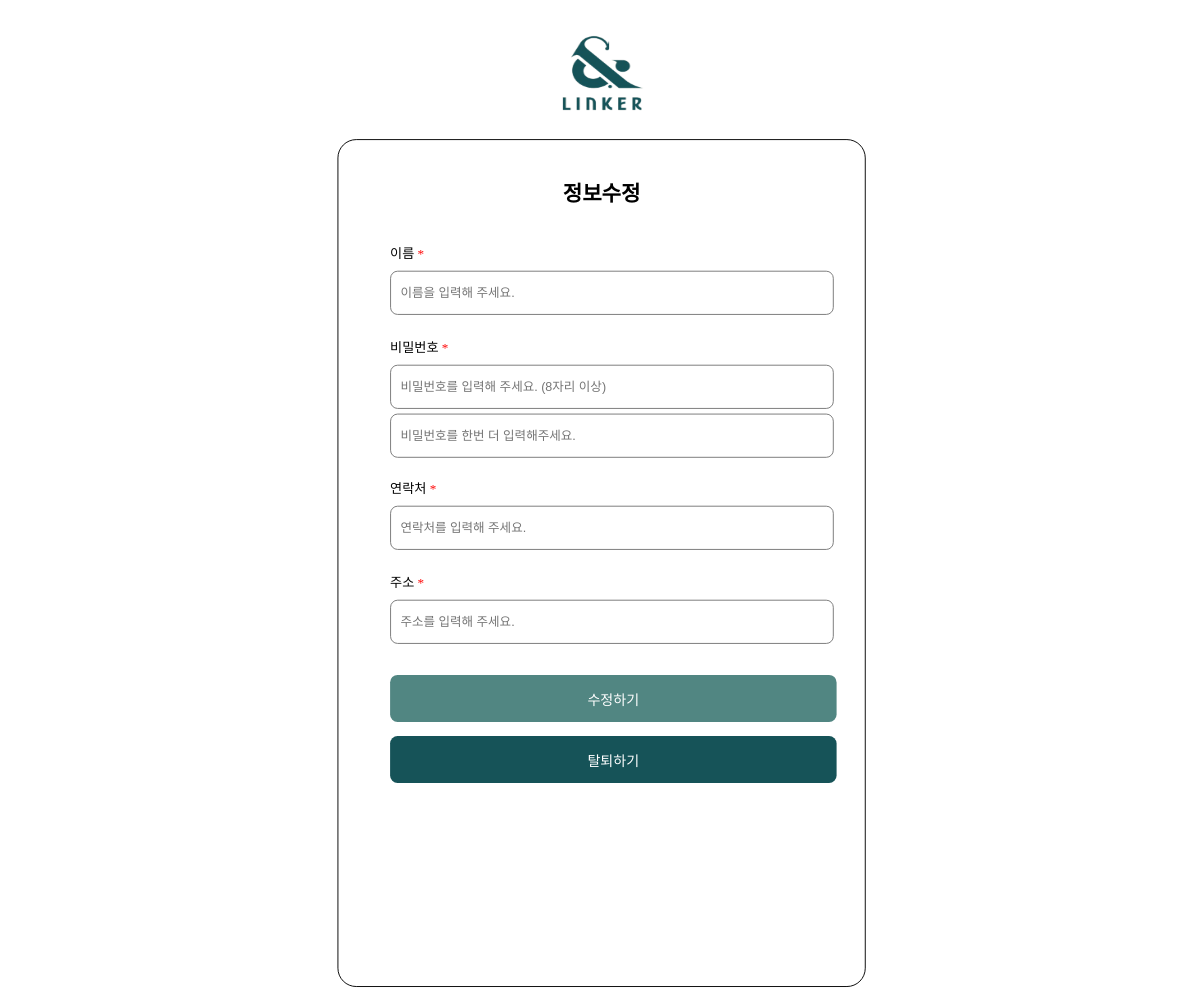
Repository: soomseting/let_me_go
Page: http://localhost/LINKER_re/jsp/main/user_update.jsp
An editor plug-in stored every save of this project. The page is shown before and after the next save, followed by the edit.
The browser window is 1280 px wide. The pictures show the whole page, at 94% of full size.
The pointer rests on the first visible `.su_con_for>.sui1`.
The page is served by Tomcat 9. Other server files are loaded and not shown.

Above is the page before, as saved 2025-03-24 02:08:46.
Console error: TypeError: Cannot set properties of null (setting 'onclick')

### LINKER_re/src/main/webapp/jsp/main/user_update.jsp
<%@ page language="java" contentType="text/html; charset=UTF-8"
    pageEncoding="UTF-8"%>
<!DOCTYPE html>
<html lang="en">

<head>
    <meta charset="UTF-8">
    <meta name="viewport" content="width=device-width, initial-scale=1.0">
    <title>Document</title>
    <link rel="stylesheet" href="../../css/sign_up.css">
    <script src="https://ajax.googleapis.com/ajax/libs/jquery/3.3.1/jquery.min.js"></script>
    <script src="../../js/jquery-3.7.1.js"></script>
    <script src="../../js/script.js"></script>
</head>

<body>
    <section>
        <div class="sign_up_logo">
            <img src="../../img/logo.png" alt="logo">
        </div>
        <div class="sign_up_content">
            <div class="su_title">
                <h1>정보수정</h1>
            </div>
            <form action="/LINKER/jsp/main/sign_up.jsp.users">
            <div class="su_con_wrap">
                <div class="su_con_box">
                    <div class="su_ct">이름<span> *</span></div>
                    <div class="su_input"><input type="text" name="user_name" placeholder="이름을 입력해 주세요."></div>
                </div>
                <div class="su_con_box">
                    <div class="su_ct">비밀번호<span> *</span></div>
                    <div class="su_input"><input type="password" name="password" placeholder="비밀번호를 입력해 주세요. (8자리 이상)"></div>
                    <div class="su_input"><input type="password" placeholder="비밀번호를 한번 더 입력해주세요."></div>
                </div>
                <div class="su_con_box su_con_one">
                    <div class="su_ct">연락처<span> *</span></div>
                    <div class="su_input"><input type="text" name="phone" placeholder="연락처를 입력해 주세요."></div>
                </div>
                <div class="su_con_box su_con_thr">
                    <div class="su_ct">주소<span> *</span></div>
                    <div class="su_input"><input type="text" name="user_address" placeholder="주소를 입력해 주세요."></div>
                </div>
                <div class="su_con_box su_con_for">
                    <div class="su_input sui1"><input type="submit" value="수정하기"></div>
                    <div class="su_input sui2"><input type="submit" value="탈퇴하기"></div>
                </div>
            </div>
            </form>
        </div>
    </section>
</body>

</html>

### LINKER_re/src/main/webapp/css/sign_up.css
/*sign_up*/
.sign_up_logo{width: 250px;height: 140px;margin: 0 auto;}
.sign_up_logo img{width: 250px;height: 140px;}

.sign_up_content{width: 560px;height: 900px;border: 1px solid black; margin: 0 auto; border-radius: 20px;}

.su_title{font-weight: bold;font-family: Arial, Helvetica, sans-serif; padding: 20px 50px;text-align: center; font-size: 15px;}

.su_con_wrap{width: 560px;height: 800px;}
.su_con_box{width: 450px;height: 100px;margin: 0 auto;}
.su_ct{font-size: 14px; margin-bottom: 10px;}
.su_ct span{color: red;}
.su_input input{width: 450px;height: 45px; border-radius: 8px; border: 1px solid #777;margin-bottom: 5px;}
.su_input input[placeholder]{padding: 0 10px;}
.su_con_one{margin-top: 50px;}
/* .su_con_for{margin-top: 15px;} */
.su_con_for input{width: 475px;height: 50px; margin-top: 10px; background: #165358; color: #fff;font-size: 15px;transition: 0.3s;border: none;}
.su_con_for>.sui1:hover input{background: #518682; transition: 0.3s;border: none;cursor: pointer;}

#sign_up_agree{font-size: 10px;margin-bottom: 10px;color: rgb(154, 155, 167);}

.su_flex{display: flex; align-items: center;}
.su_flex input{width: 20px;height: 20px;}

### LINKER_re/src/main/webapp/js/script.js
$(document).ready(function () {

        //main_img_slide
        var img= $("#slide div");
        var cnt=0;
        var max=img.length-1;
        setInterval(next ,3000);

        function next(){
            if(img.is(":animated")) return false;
            $(img[cnt]).animate({"left":"-100%"}).siblings().css({"left":"100%"});
            cnt++;
            if(cnt>max) cnt=0;
            $(img[cnt]).animate({"left":0});
            }

        //sign_in_popup
        function open(){
            $('#pop').css({"display":"block"});

            $('#semi_wrap').css({"position":"sticky"});
            $('section').css({"margin-top":"0"});
        }
        $(".sign_in").on("click",open);
        function close(){
            $('#pop').css({"display":"none"});
            $('#semi_wrap').css({"position":"fixed"});
            $('section').css({"margin-top":"101px"});
        }
        $("#close").on("click",close);

        $('input[type="checkbox"][name="user_category"]').click(function(){

            if($(this).prop('checked')){
               $('input[type="checkbox"][name="user_category"]').prop('checked',false);
               $(this).prop('checked',true);
              }
        });

        /*product_detail*/
        var detail_main = document.querySelector(".detail_main img");
        var detail_sub = document.querySelector(".detail_sub");

        // var ping = document.querySelectorAll(".de_sub img");

        detail_sub.onclick = function(e){
            // console.log(event.target);
            if(e.target.getName == "DIV"){
                return;
            }
            detail_main.src = e.target.src;
        }
        // ping.onclick = function(){
        //     if(ping.classList.contains("pr_ping")){
        //         ping.style.width = "50px";
        //         ping.style.height = "50px";
        //         ping.style.border = "5px solid black";
        //     }else{
        //         ping.style.width = "50px";
        //         ping.style.height = "50px";
        //         ping.style.border = "none";
        //     }
        //     ping.classList.toggle("pr_ping");
        // }
});

Loaded but not shown: LINKER_re/src/main/webapp/js/jquery-3.7.1.js (library)

After the next save:
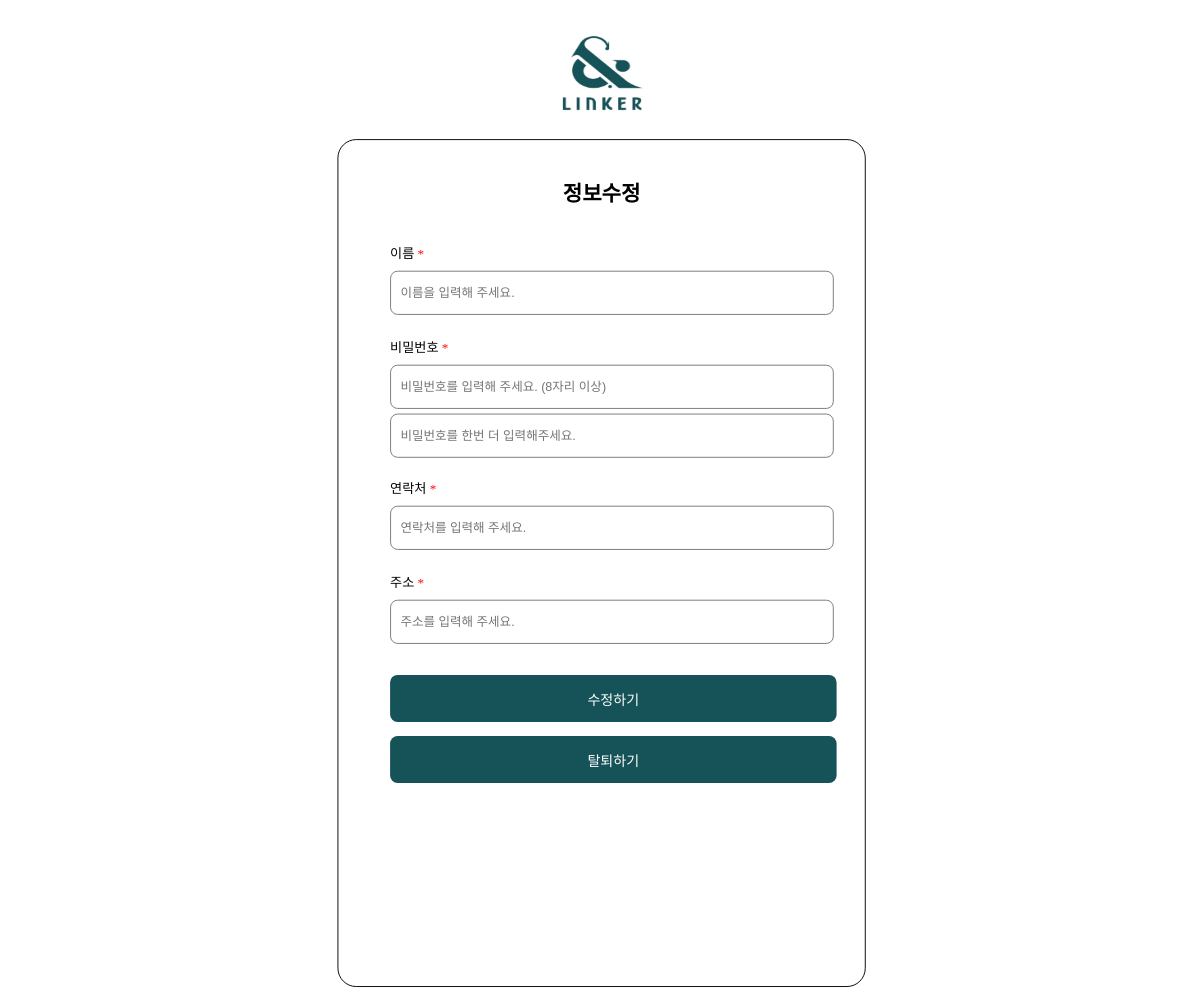
Saved 5 s later.
--- a/LINKER_re/src/main/webapp/css/sign_up.css
+++ b/LINKER_re/src/main/webapp/css/sign_up.css
@@ -15,7 +15,7 @@
 .su_con_one{margin-top: 50px;}
 /* .su_con_for{margin-top: 15px;} */
 .su_con_for input{width: 475px;height: 50px; margin-top: 10px; background: #165358; color: #fff;font-size: 15px;transition: 0.3s;border: none;}
-.su_con_for>.sui1:hover input{background: #518682; transition: 0.3s;border: none;cursor: pointer;}
+.su_con_for>.sui1:hover .sui1>input{background: #518682; transition: 0.3s;border: none;cursor: pointer;}
 
 #sign_up_agree{font-size: 10px;margin-bottom: 10px;color: rgb(154, 155, 167);}
 

After the save that followed:
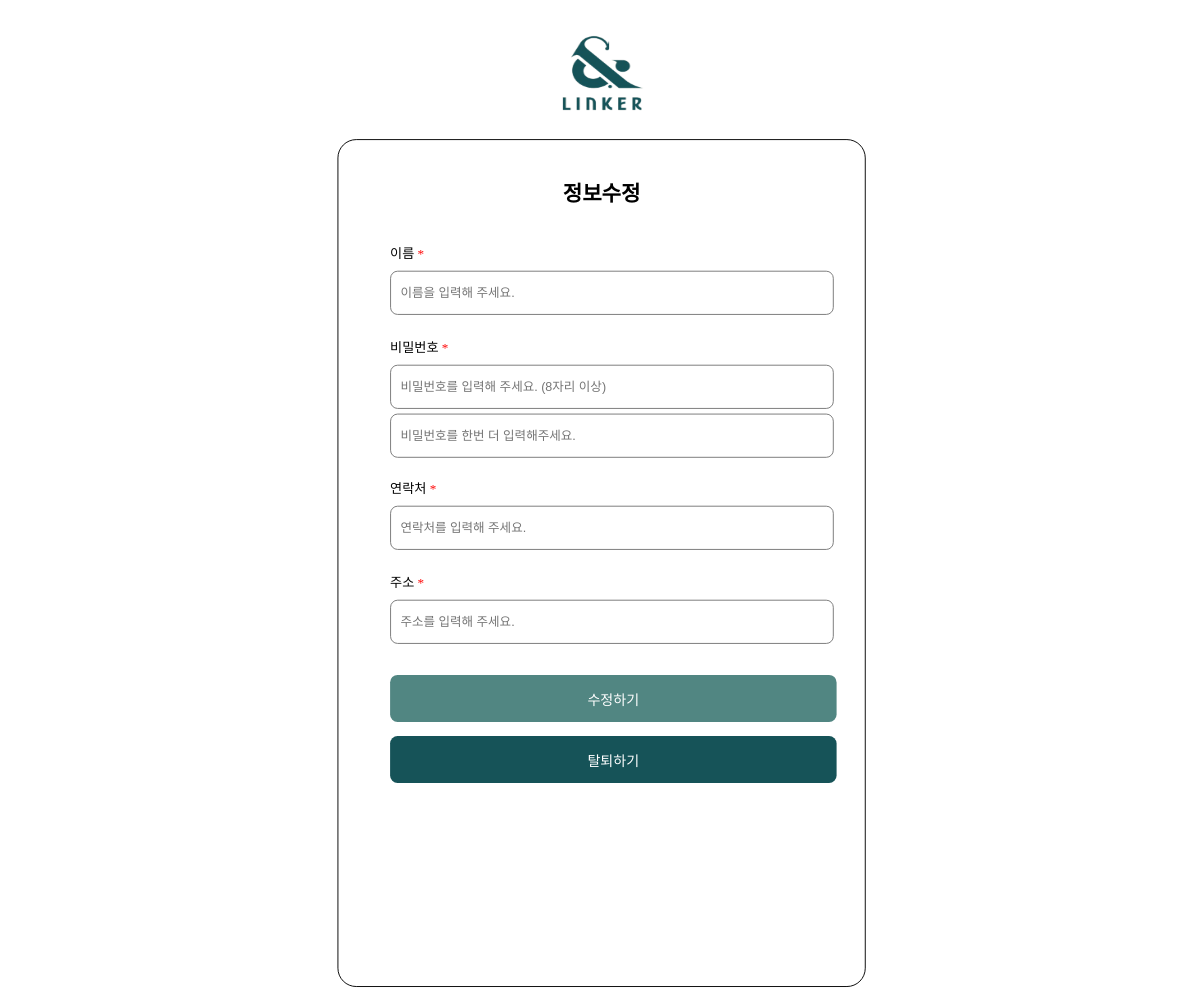
Saved 13 s later.
--- a/LINKER_re/src/main/webapp/css/sign_up.css
+++ b/LINKER_re/src/main/webapp/css/sign_up.css
@@ -15,7 +15,7 @@
 .su_con_one{margin-top: 50px;}
 /* .su_con_for{margin-top: 15px;} */
 .su_con_for input{width: 475px;height: 50px; margin-top: 10px; background: #165358; color: #fff;font-size: 15px;transition: 0.3s;border: none;}
-.su_con_for>.sui1:hover .sui1>input{background: #518682; transition: 0.3s;border: none;cursor: pointer;}
+.su_con_for>.sui1:hover input{background: #518682; transition: 0.3s;border: none;cursor: pointer;}
 
 #sign_up_agree{font-size: 10px;margin-bottom: 10px;color: rgb(154, 155, 167);}
 
